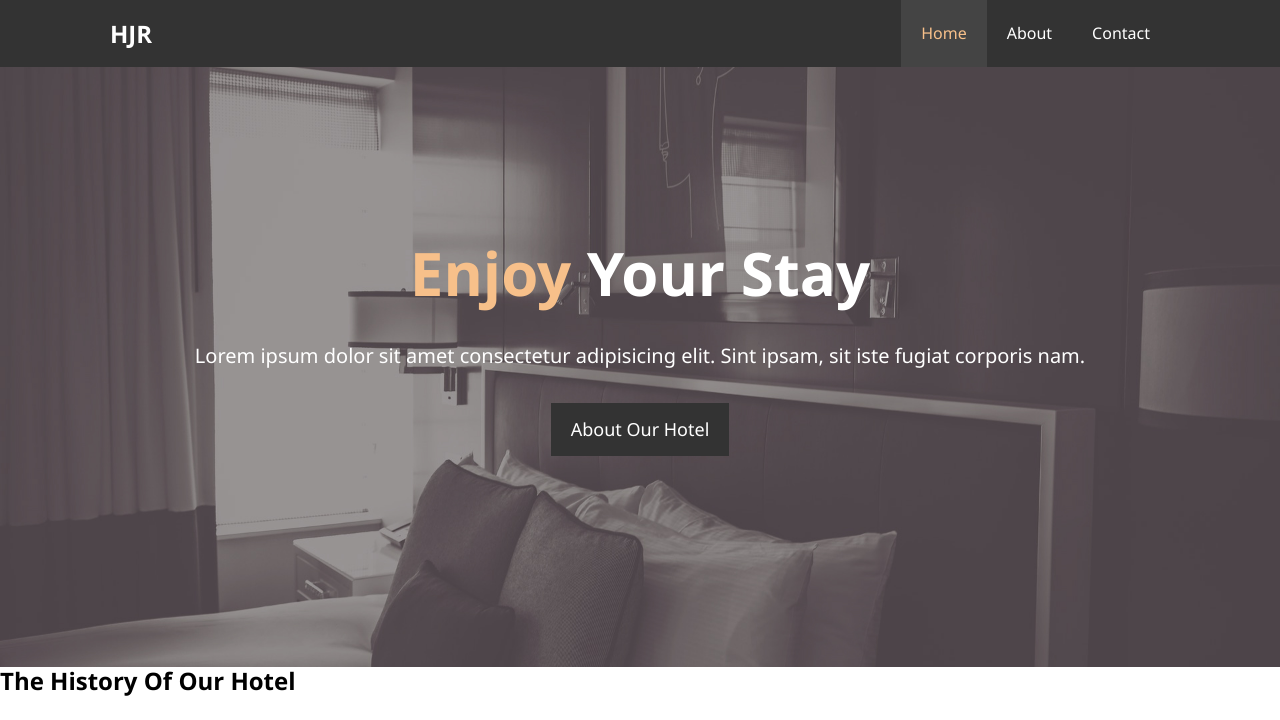
Repository: dimlutine/Hotel-Project
Page: index.html
An editor plug-in stored every save of this project. The page is shown before and after the next save, followed by the edit.
The browser window is 1280 px wide. The pictures show the whole page.

Above is the page before, as saved 2019-07-05 22:11:07.

### index.html
<!DOCTYPE html>
<html lang="en">

<head>
    <meta charset="UTF-8">
    <meta name="viewport" content="width=device-width, initial-scale=1.0">
    <meta http-equiv="X-UA-Compatible" content="ie=edge">
    <meta name="description" content="Welcome to the neatest hotel in Durham, North Carolina!">
    <meta name="keywords" content="hotel,durham hotel, north carolina hotel, rdu hotel">
    <link rel="stylesheet" href="css/style.css">
    <title>Hotel JR | Durham Hotel</title>
</head>

<body>
    <header>
        <nav id="navbar">
            <div class="container">
                <h1 class="logo"><a href="index.html">HJR</a></h1>
                <ul>
                    <li><a class="current" href="index.html">Home</a></li>
                    <li><a href="about.html">About</a></li>
                    <li><a href="contact.html">Contact</a></li>
                </ul>
            </div>

        </nav>
        <div id="showcase">
            <div class="container">
                <div class="showcase-content">
                    <h1>
                        <span class="text-primary">Enjoy</span> Your Stay
                    </h1>
                    <p class="lead">Lorem ipsum dolor sit amet consectetur adipisicing elit. Sint ipsam, sit iste fugiat corporis nam.</p>
                    <a class="btn" href="about.html">About Our Hotel</a>
                </div>
            </div>
        </div>
    </header>

    <section id="home-info" class="bg-dark">
        <div class="info-img"></div>
        <div class="info-content">
            <h2><span class="text.primary">The History </span>Of Our Hotel</h2>
        </div>
    </section>
</body>

</html>

### css/style.css
* {
    padding: 0;
    margin: 0;
    box-sizing: border-box;
}

html,
body {
    font-family: 'Segoe UI', 'Segoe UI', Tahoma, Geneva, Verdana, sans-serif;
    line-height: 1.7em;
}

a {
    color: #333;
    text-decoration: none;
}

h1,
h2,
h3 {
    padding-bottom: 20px;
}

p {
    margin: 10px 0;
}


/* Utilities */

.container {
    margin: auto;
    max-width: 1100px;
    overflow: auto;
    padding: 0 20px;
}

.text-primary {
    color: #f7c08a;
}

.lead {
    font-size: 20px;
}

.btn {
    display: inline-block;
    font-size: 18px;
    color: #fff;
    background: #333;
    padding: 13px 20px;
    border: none;
    cursor: pointer;
}

.btn:hover {
    background: #f7c08a;
    color: #333;
}

#navbar {
    background: #333;
    color: #fff;
    overflow: auto;
}

#navbar a {
    color: #fff;
}

#navbar h1 {
    float: left;
    padding-top: 20px;
}

#navbar ul {
    float: right;
    list-style: none;
}

#navbar ul li {
    float: left;
}

#navbar ul li a {
    display: block;
    padding: 20px;
    text-align: center;
}

#navbar ul li a:hover,
#navbar ul li a.current {
    background: #444;
    color: #f7c08a;
}


/* Showcase */

#showcase {
    background: url('../img/showcase.jpg') no-repeat center center/cover;
    height: 600px;
}

#showcase .showcase-content {
    color: #fff;
    text-align: center;
    padding-top: 170px;
}

#showcase .showcase-content h1 {
    font-size: 60px;
    line-height: 1.2em;
}

#showcase .showcase-content p {
    padding-bottom: 20px;
    line-height: 1.7em;
}

After the next save:
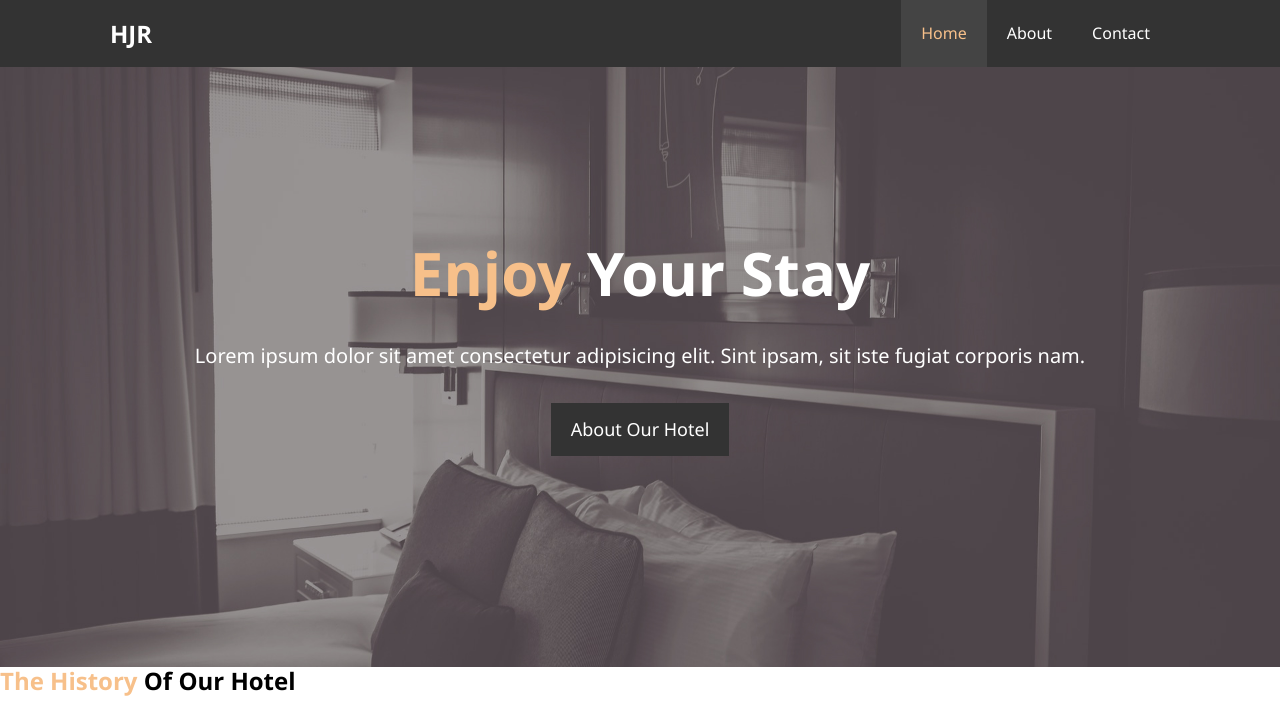
Saved 7 s later.
--- a/index.html
+++ b/index.html
@@ -40,7 +40,7 @@
     <section id="home-info" class="bg-dark">
         <div class="info-img"></div>
         <div class="info-content">
-            <h2><span class="text.primary">The History </span>Of Our Hotel</h2>
+            <h2><span class="text-primary">The History </span>Of Our Hotel</h2>
         </div>
     </section>
 </body>
